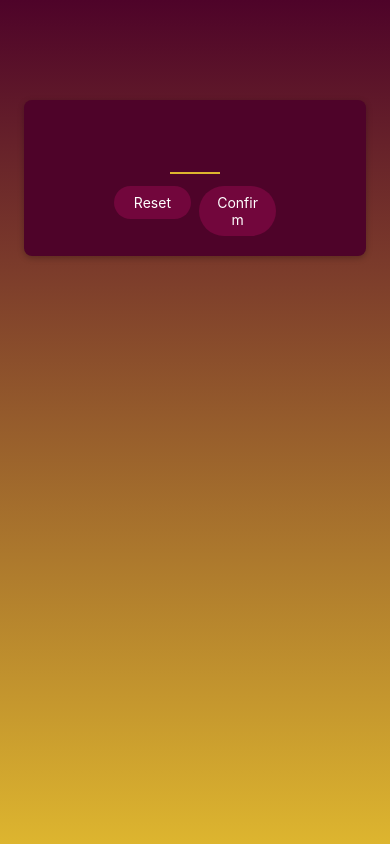
Repository: GarlicButterBoy/Number-Guessing-Game
Screen: /
An editor plug-in stored every save of this project. The screen is shown before and after a run of saves, followed by the edit.
The app was drawn by React Native's web renderer in a window 390 px wide. The project was rebuilt for these pictures with package versions that can differ from the ones it lists, and the page was loaded fresh each time.

Above is the screen before, as saved 2024-05-03 09:32:12.

### App.js
import { StyleSheet, Text, View } from "react-native";
import StartGameScreen from "./screens/StartGameScreen";
import { LinearGradient } from "expo-linear-gradient";

export default function App() {
  return (
    <LinearGradient colors={["#4e0329", "#ddb52f"]} style={styles.rootScreen}>
      <StartGameScreen />
    </LinearGradient>
  );
}

const styles = StyleSheet.create({
  rootScreen: {
    flex: 1,
  },
});

### screens/StartGameScreen.js
import { View, TextInput, StyleSheet } from "react-native";
import PrimaryButton from "../components/PrimaryButton";


function StartGameScreen() {
  return (
    <View style={styles.inputContainer}>
      <TextInput
        style={styles.numberInput}
        maxLength={2}
        keyboardType="number-pad"
        autoCapitalize="none"
        autoCorrect={false}
      ></TextInput>
      <View style={styles.buttonsContainer}>
        <View style={styles.buttonContainer}>
          <PrimaryButton>Reset</PrimaryButton>
        </View>
        <View style={styles.buttonContainer}>
          <PrimaryButton>Confirm</PrimaryButton>
        </View>
      </View>
    </View>
  );
}

export default StartGameScreen;

const styles = StyleSheet.create({
  inputContainer: {
    justifyContent: "center",
    alignItems: "center",
    padding: 16,
    marginTop: 100,
    marginHorizontal: 24,
    borderRadius: 8,
    backgroundColor: "#4e0329",
    elevation: 6,
    shadowColor: "black",
    shadowOffset: { width: 0, height: 2 },
    shadowRadius: 6,
    shadowOpacity: 0.25,
  },
  numberInput: {
    height: 50,
    width: 50,
    fontSize: 32,
    borderBottomColor: "#ddb52f",
    borderBottomWidth: 2,
    color: "#ddb52f",
    marginVertical: 8,
    fontWeight: "bold",
    textAlign: "center",
  },
  buttonsContainer: {
    flexDirection: "row",
    alignItems: "stretch",
  },
  buttonContainer: {
    flex: 1,
  },
});

### components/PrimaryButton.js
import { View, Text, Pressable, StyleSheet } from "react-native";

function PrimaryButton({ children }) {
  function pressHandler() {
    console.log("Pressed!");
  }
  return (
    <View style={styles.buttonOuterContainer}>
      <Pressable
        style={({ pressed }) =>
          pressed
            ? [styles.buttonInnerContainer, styles.pressed]
            : styles.buttonInnerContainer
        }
        onPress={pressHandler}
        android_ripple={{ color: "#640233" }}
      >
        <Text style={styles.buttonText}>{children}</Text>
      </Pressable>
    </View>
  );
}

export default PrimaryButton;

const styles = StyleSheet.create({
  buttonOuterContainer: {
    borderRadius: 28,
    margin: 4,
    overflow: "hidden",
  },
  buttonInnerContainer: {
    backgroundColor: "#72063c",
    paddingVertical: 8,
    paddingHorizontal: 16,
    elevation: 2,
  },
  buttonText: {
    color: "white",
    textAlign: "center",
  },
  pressed: {
    opacity: 0.75,
  },
});

After the next 2 saves:
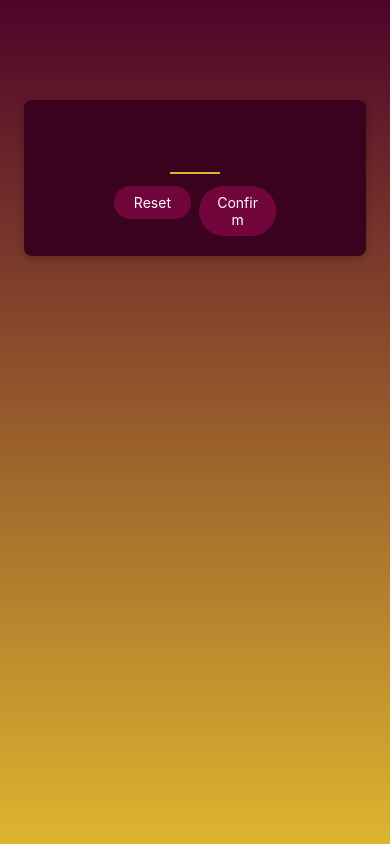
The 2 saves are shown as one change because they came seconds apart.
The last was saved 35 s later.
--- a/screens/StartGameScreen.js
+++ b/screens/StartGameScreen.js
@@ -1,6 +1,5 @@
 import { View, TextInput, StyleSheet } from "react-native";
 import PrimaryButton from "../components/PrimaryButton";
-
 
 function StartGameScreen() {
   return (
@@ -34,7 +33,7 @@ const styles = StyleSheet.create({
     marginTop: 100,
     marginHorizontal: 24,
     borderRadius: 8,
-    backgroundColor: "#4e0329",
+    backgroundColor: "#3b021f",
     elevation: 6,
     shadowColor: "black",
     shadowOffset: { width: 0, height: 2 },
